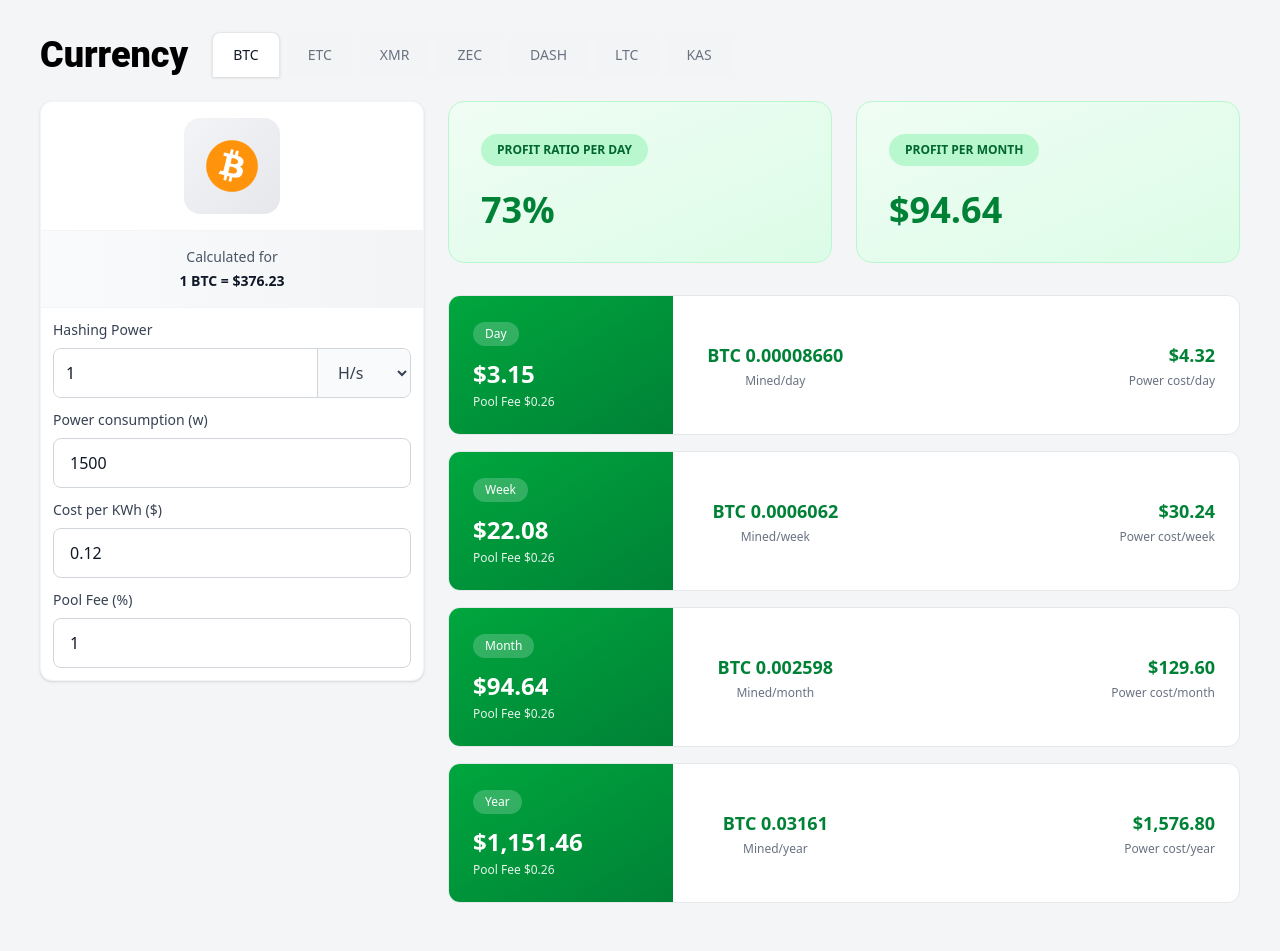
Repository: Bilal-Ahmad-CodeMaster/crypto-proj
Page: /
An editor plug-in stored every save of this project. The page is shown before and after the next save, followed by the edit.
The browser window is 1280 px wide. The pictures show the whole page.
The project was rebuilt for these pictures with package versions that can differ from the ones it lists, and the page was loaded fresh each time. The framework's server and built-in components were replaced by stand-ins that run in the browser. Also part of the build but not shown: next.config.ts.

Above is the page before, as saved 2025-11-25 22:01:01.

### src/app/layout.tsx
import './globals.css'
import React from 'react'


export const metadata = {
  title: 'Mining Dashboard',
}


export default function RootLayout({ children }: { children: React.ReactNode }) {
  return (
    <html lang="en">
      <body>
        {children}
      </body>
    </html>
  )
}

### src/app/page.tsx
'use client'
import React, { useState } from 'react'
import Tabs from './components/Tabs'
import HashingForm from './components/HashingForm'
import ResultCards from './components/ResultCards'


const currencies = [
  { id: 'btc', label: 'BTC' },
  { id: 'etc', label: 'ETC' },
  { id: 'xmr', label: 'XMR' },
  { id: 'zec', label: 'ZEC' },
  { id: 'dash', label: 'DASH' },
  { id: 'ltc', label: 'LTC' },
  { id: 'kas', label: 'KAS' }
]


export default function Page() {
  const [active, setActive] = useState('btc')


  return (
    <main className="min-h-screen p-8 bg-[#f3f5f7]">
      <div className="max-w-[1200px] mx-auto">
        <header className="flex items-center gap-6 mb-6">
          <h1 className="text-4xl font-extrabold text-black" style={{ fontFamily: '"Lobster", Roboto, Arial' }}>
            Currency
          </h1>
          <nav className="flex-1">
            <Tabs active={active} setActive={setActive} tabs={currencies} />
          </nav>
        </header>


        <div className="grid grid-cols-1 lg:grid-cols-3 gap-6">
          <div>
            <HashingForm active={active} />
          </div>


          <div className="lg:col-span-2">
            <ResultCards active={active} />
          </div>
        </div>
      </div>
    </main>
  )
}

### src/app/globals.css
@import "tailwindcss";

/* Small helpers to match the design exactly */
body {
  @apply bg-gray-50 font-sans text-gray-900 antialiased;
}

### src/app/components/Tabs.tsx
'use client'
import React from 'react'

export default function Tabs({ active, setActive, tabs }: { active: string; setActive: (s: string) => void; tabs: { id: string; label: string }[] }) {
    return (
        <div className="flex gap-2 items-end">
            {tabs.map(t => (
                <button
                    key={t.id}
                    onClick={() => setActive(t.id)}
                    className={`px-5 py-3 rounded-t-lg text-sm font-medium transition-all ${active === t.id
                            ? 'bg-white text-gray-900 border-t border-l border-r border-gray-200 shadow-sm'
                            : 'text-gray-500 hover:text-gray-700 bg-gray-100 hover:bg-gray-200'
                        }`}
                    style={{ minWidth: 56 }}
                >
                    {t.label}
                </button>
            ))}
        </div>
    )
}

### src/app/components/HashingForm.tsx
'use client'
import Image from 'next/image'
import React from 'react'

export default function HashingForm({ active }: { active: string }) {
    return (
        <div className="bg-white rounded-xl shadow-sm border border-gray-100 overflow-hidden">
            <div className="p-4 border-b border-gray-100 flex items-center justify-center">
                <div className="w-24 h-24 bg-linear-to-br from-gray-100 to-gray-200 rounded-2xl flex items-center justify-center p-4">
                    <Image
                        src={`/${active.toLowerCase()}.png`}
                        alt="logo"
                        width={64}
                        height={64}
                        className="object-contain"
                    />
                </div>
            </div>

            <div className="bg-linear-to-r from-gray-50 to-gray-100 text-center py-4 text-sm text-gray-600 border-b border-gray-100">
                Calculated for
                <div className="font-semibold text-gray-900 mt-1">1 {active.toUpperCase()} = $376.23</div>
            </div>

            <div className="p-3 space-y-3">
                <div>
                    <label className="block text-sm font-medium text-gray-700 mb-2">Hashing Power</label>
                    <div className="flex rounded-lg overflow-hidden border border-gray-300 focus-within:ring-2 focus-within:ring-blue-500 focus-within:border-blue-500 transition-all">
                        <input
                            type="number"
                            defaultValue={1}
                            className="flex-1 px-3 py-2 outline-none bg-white"
                        />
                        <select className="px-4 py-3 bg-gray-50 border-l border-gray-300 text-gray-700">
                            <option>H/s</option>
                            <option>KH/s</option>
                            <option>MH/s</option>
                            <option>GH/s</option>
                            <option>TH/s</option>
                        </select>
                    </div>
                </div>

                <div>
                    <label className="block text-sm font-medium text-gray-700 mb-2">Power consumption (w)</label>
                    <input
                        className="w-full px-4 py-3 border border-gray-300 rounded-lg focus:ring-2 focus:ring-blue-500 focus:border-blue-500 transition-all"
                        defaultValue={1500}
                    />
                </div>

                <div>
                    <label className="block text-sm font-medium text-gray-700 mb-2">Cost per KWh ($)</label>
                    <input
                        className="w-full px-4 py-3 border border-gray-300 rounded-lg focus:ring-2 focus:ring-blue-500 focus:border-blue-500 transition-all"
                        defaultValue={0.12}
                    />
                </div>

                <div>
                    <label className="block text-sm font-medium text-gray-700 mb-2">Pool Fee (%)</label>
                    <input
                        className="w-full px-4 py-3 border border-gray-300 rounded-lg focus:ring-2 focus:ring-blue-500 focus:border-blue-500 transition-all"
                        defaultValue={1}
                    />
                </div>
            </div>
        </div>
    )
}

### src/app/components/ResultCards.tsx
'use client'
import React from 'react'

interface StatRowProps {
    title: string;
    money: string;
    mined: string;
    powerCost: string;
    positive?: boolean;
}

function StatRow({ title, money, mined, powerCost, positive = true }: StatRowProps) {
    return (
        <div className="mb-4 rounded-xl overflow-hidden flex border border-gray-200 bg-white hover:shadow-md transition-shadow">
            <div className={`w-56 p-6 text-white ${positive ? 'bg-linear-to-br from-green-600 to-green-700' : 'bg-linear-to-br from-red-500 to-red-600'}`}>
                <div className="text-xs font-medium bg-white/20 inline-block px-3 py-1 rounded-full mb-3">{title}</div>
                <div className="text-2xl font-bold mb-1">{money}</div>
                <div className="text-xs opacity-90">Pool Fee $0.26</div>
            </div>

            <div className="flex-1 p-6 grid grid-cols-3 items-center gap-6">
                <div className="text-center">
                    <div className={`text-lg font-semibold ${positive ? 'text-green-700' : 'text-red-600'}`}>{mined}</div>
                    <div className="text-xs text-gray-500 mt-1">Mined/{title.toLowerCase()}</div>
                </div>
                <div className="text-right col-span-2">
                    <div className={`text-lg font-semibold ${positive ? 'text-green-700' : 'text-red-600'}`}>{powerCost}</div>
                    <div className="text-xs text-gray-500 mt-1">Power cost/{title.toLowerCase()}</div>
                </div>
            </div>
        </div>
    )
}

export default function ResultCards({ active }: { active: string }) {
    const positive = active !== 'etc'

    return (
        <div>
            <div className="grid grid-cols-2 gap-6 mb-8">
                <div className={`rounded-2xl p-8 ${positive ? 'bg-gradient-to-br from-green-50 to-green-100 border border-green-200' : 'bg-gradient-to-br from-red-50 to-red-100 border border-red-200'}`}>
                    <div className={`text-xs font-semibold ${positive ? 'bg-green-200 text-green-800' : 'bg-red-200 text-red-800'} inline-block px-4 py-2 rounded-full`}>
                        PROFIT RATIO PER DAY
                    </div>
                    <div className={`text-4xl font-bold mt-6 ${positive ? 'text-green-700' : 'text-red-700'}`}>
                        {positive ? '73%' : '-70%'}
                    </div>
                </div>

                <div className={`rounded-2xl p-8 ${positive ? 'bg-gradient-to-br from-green-50 to-green-100 border border-green-200' : 'bg-gradient-to-br from-red-50 to-red-100 border border-red-200'}`}>
                    <div className={`text-xs font-semibold ${positive ? 'bg-green-200 text-green-800' : 'bg-red-200 text-red-800'} inline-block px-4 py-2 rounded-full`}>
                        PROFIT PER MONTH
                    </div>
                    <div className={`text-4xl font-bold mt-6 ${positive ? 'text-green-700' : 'text-red-700'}`}>
                        {positive ? '$94.64' : '$ -90.66'}
                    </div>
                </div>
            </div>

            <div>
                <StatRow title="Day" money="$3.15" mined="BTC 0.00008660" powerCost="$4.32" positive={positive} />
                <StatRow title="Week" money="$22.08" mined="BTC 0.0006062" powerCost="$30.24" positive={positive} />
                <StatRow title="Month" money="$94.64" mined="BTC 0.002598" powerCost="$129.60" positive={positive} />
                <StatRow title="Year" money="$1,151.46" mined="BTC 0.03161" powerCost="$1,576.80" positive={positive} />
            </div>
        </div>
    )
}

After the next save:
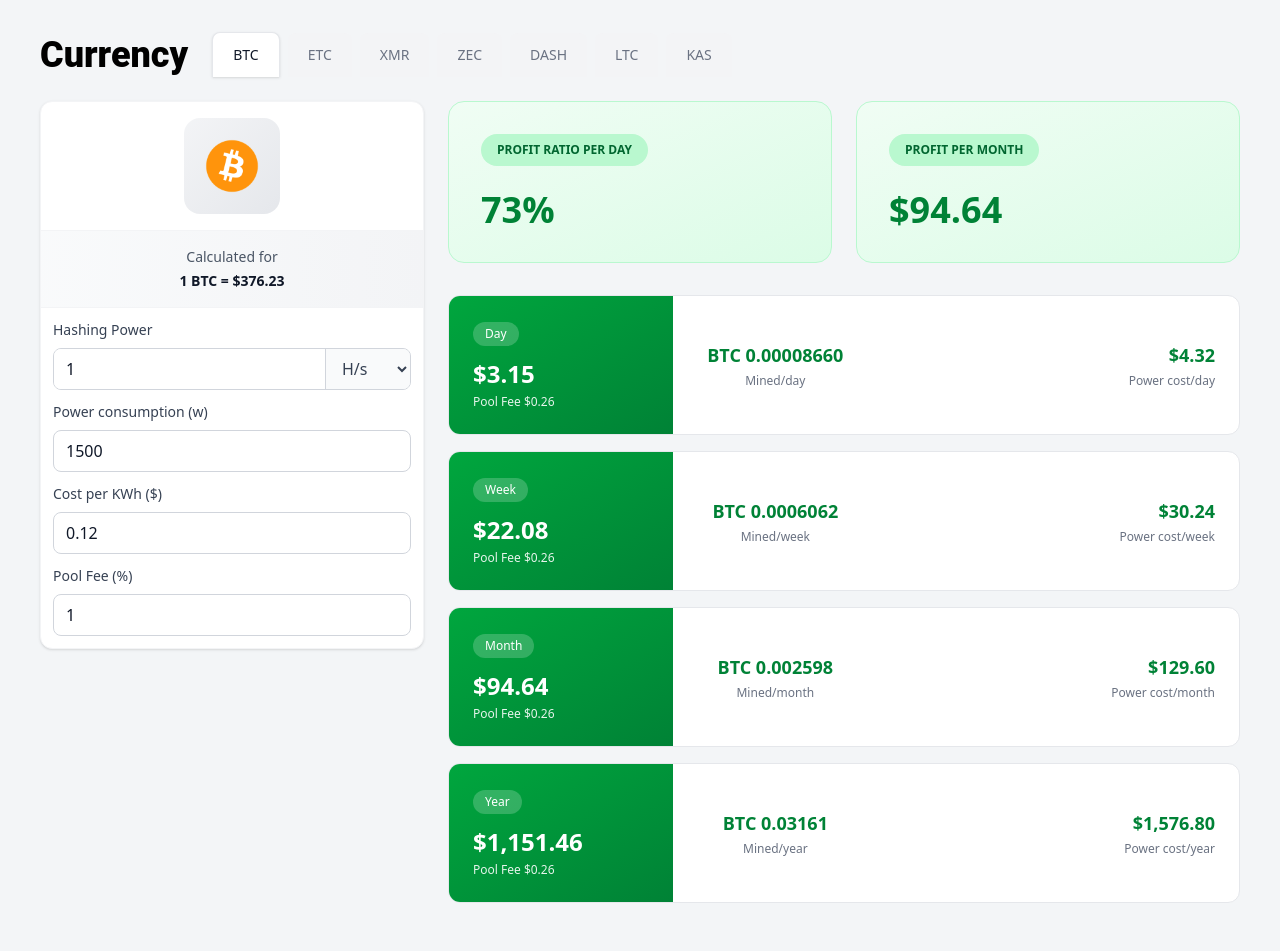
Saved 7 s later.
--- a/src/app/components/HashingForm.tsx
+++ b/src/app/components/HashingForm.tsx
@@ -31,7 +31,7 @@
                             defaultValue={1}
                             className="flex-1 px-3 py-2 outline-none bg-white"
                         />
-                        <select className="px-4 py-3 bg-gray-50 border-l border-gray-300 text-gray-700">
+                        <select className="px-3 py-2 bg-gray-50 border-l border-gray-300 text-gray-700">
                             <option>H/s</option>
                             <option>KH/s</option>
                             <option>MH/s</option>
@@ -44,7 +44,7 @@
                 <div>
                     <label className="block text-sm font-medium text-gray-700 mb-2">Power consumption (w)</label>
                     <input
-                        className="w-full px-4 py-3 border border-gray-300 rounded-lg focus:ring-2 focus:ring-blue-500 focus:border-blue-500 transition-all"
+                        className="w-full px-3 py-2 border border-gray-300 rounded-lg focus:ring-2 focus:ring-blue-500 focus:border-blue-500 transition-all"
                         defaultValue={1500}
                     />
                 </div>
@@ -52,7 +52,7 @@
                 <div>
                     <label className="block text-sm font-medium text-gray-700 mb-2">Cost per KWh ($)</label>
                     <input
-                        className="w-full px-4 py-3 border border-gray-300 rounded-lg focus:ring-2 focus:ring-blue-500 focus:border-blue-500 transition-all"
+                        className="w-full px-3 py-2 border border-gray-300 rounded-lg focus:ring-2 focus:ring-blue-500 focus:border-blue-500 transition-all"
                         defaultValue={0.12}
                     />
                 </div>
@@ -60,7 +60,7 @@
                 <div>
                     <label className="block text-sm font-medium text-gray-700 mb-2">Pool Fee (%)</label>
                     <input
-                        className="w-full px-4 py-3 border border-gray-300 rounded-lg focus:ring-2 focus:ring-blue-500 focus:border-blue-500 transition-all"
+                        className="w-full px-3 py-2 border border-gray-300 rounded-lg focus:ring-2 focus:ring-blue-500 focus:border-blue-500 transition-all"
                         defaultValue={1}
                     />
                 </div>
